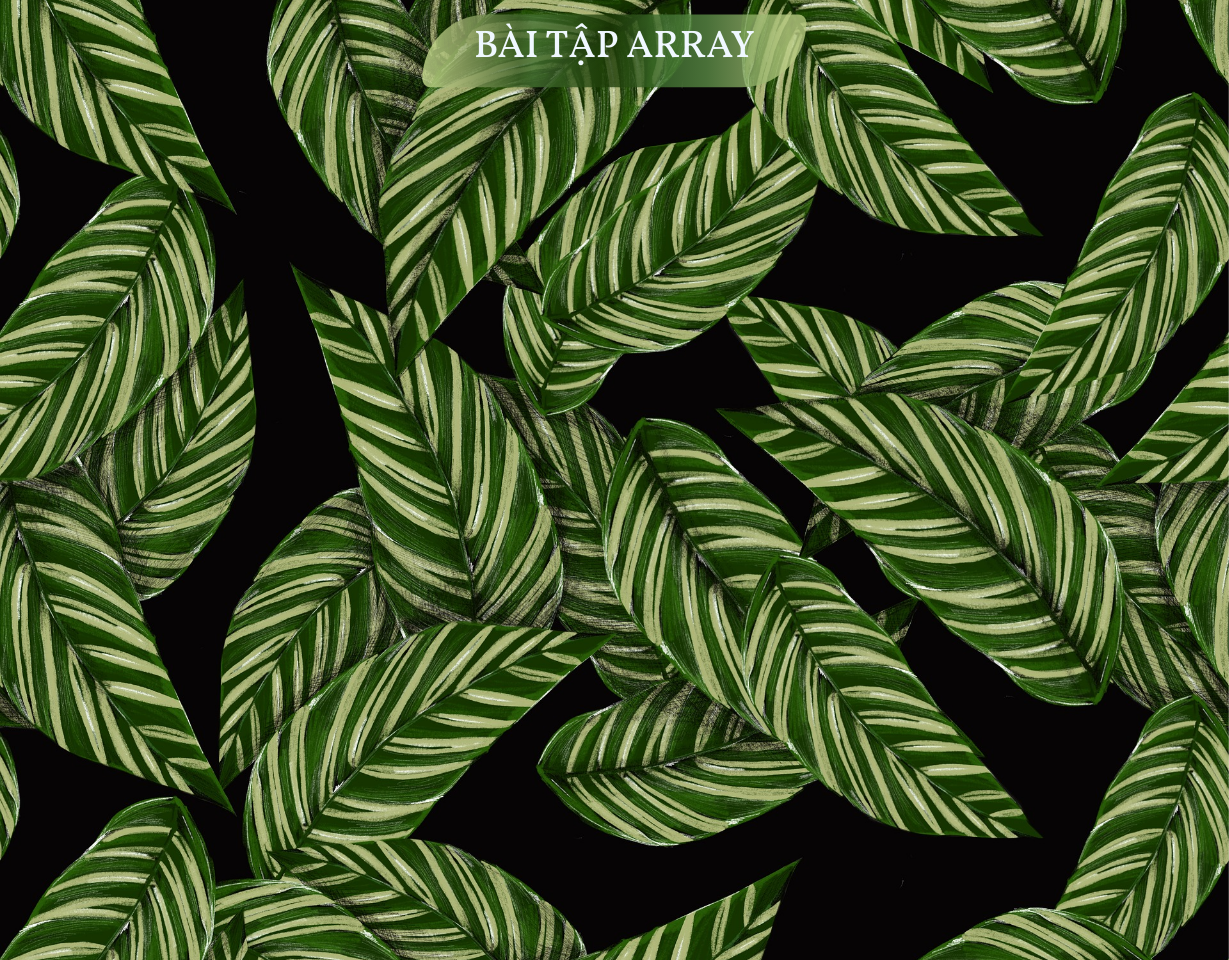
Repository: hcozyph/TranHuuPhuoc_BC43_BT_JS_Buoi7_8_ARRAY
Page: index.html
The author's editor kept a copy of each file at every save. The page is drawn from the files as they stood at one save, then again after the next save.
The browser window is 1280 px wide. The pictures show the whole page, at 96% of full size.

Above is the page before, as saved 2023-02-20 22:01:55.

### index.html
<!DOCTYPE html>
<html lang="en">
    <head>
        <title>BT Array</title>
        <!-- Required meta tags -->
        <meta charset="utf-8" />
        <meta
            name="viewport"
            content="width=device-width, initial-scale=1, shrink-to-fit=no"
        />
        <!-- font -->
        <link rel="preconnect" href="https://fonts.googleapis.com" />
        <link rel="preconnect" href="https://fonts.gstatic.com" crossorigin />
        <link
            href="https://fonts.googleapis.com/css2?family=Fraunces:ital,opsz,wght@0,9..144,600;0,9..144,700;1,9..144,300;1,9..144,400;1,9..144,500;1,9..144,600;1,9..144,700;1,9..144,800&family=Vollkorn:ital,wght@0,400;0,500;0,600;0,700;0,800;0,900;1,400;1,500;1,600;1,700;1,800;1,900&display=swap"
            rel="stylesheet"
        />
        <!-- Bootstrap CSS v5.2.1 -->
        <link
            href="https://cdn.jsdelivr.net/npm/bootstrap@5.2.1/dist/css/bootstrap.min.css"
            rel="stylesheet"
            integrity="sha384-iYQeCzEYFbKjA/T2uDLTpkwGzCiq6soy8tYaI1GyVh/UjpbCx/TYkiZhlZB6+fzT"
            crossorigin="anonymous"
        />

        <!-- index.css -->
        <link rel="stylesheet" href="./css/index.css" />
    </head>

    <body>
        <div class="container">
            <div class="bt-array-title">
                <h1 class="text-center">BÀI TẬP ARRAY</h1>
            </div>

            <div class="bt-array-content">
                <div class="bt1"></div>
            </div>
        </div>

        <!-- Bootstrap JavaScript Libraries -->
        <script
            src="https://cdn.jsdelivr.net/npm/@popperjs/core@2.11.6/dist/umd/popper.min.js"
            integrity="sha384-oBqDVmMz9ATKxIep9tiCxS/Z9fNfEXiDAYTujMAeBAsjFuCZSmKbSSUnQlmh/jp3"
            crossorigin="anonymous"
        ></script>

        <script
            src="https://cdn.jsdelivr.net/npm/bootstrap@5.2.1/dist/js/bootstrap.min.js"
            integrity="sha384-7VPbUDkoPSGFnVtYi0QogXtr74QeVeeIs99Qfg5YCF+TidwNdjvaKZX19NZ/e6oz"
            crossorigin="anonymous"
        ></script>

        <!-- method.js -->
        <link rel="stylesheet" href="./js/method.js" />

        <!-- index.js -->
        <script src="./js/index.js"></script>
    </body>
</html>

### css/index.css
* {
    margin: 0;
    padding: 0;
    box-sizing: border-box;
    font-family: "Fraunces", serif;
    font-family: "Vollkorn", serif;
}

.container {
    margin: 0 auto;
    max-width: 1440px;

    background-image: url(../img/2.jpg);
    background-size: cover;
    background-position: center;
    background-repeat: no-repeat;

    height: 1000px;
    padding-top: 15px;
}

.bt-array-title {
    display: block;
    width: 400px;
    margin: 0 auto;
    padding: 10px 8px 10px 8px;
    border-radius: 80px 10px 80px 10px;

    font-size: 40px;
    font-weight: 500;
    /* background-color: red; */
    color: aliceblue;
    background: rgb(156, 173, 110);
    background: linear-gradient(
        90deg,
        rgba(198, 219, 142, 0.8) 0%,
        rgba(156, 173, 110, 0.8) 10%,
        rgba(60, 94, 39, 0.8) 25%,
        rgba(68, 112, 49, 0.8) 29%,
        rgba(27, 57, 5, 0.8) 49%,
        rgba(66, 114, 50, 0.8) 63%,
        rgba(90, 139, 69, 0.8) 74%,
        rgba(184, 203, 130, 0.8) 95%
    );
}

/* .bt-array-content {
} */

Loaded but not shown: js/index.js (no copy from this time; the picture is the same without it); js/method.js (no stored copy; drawn as an empty file)

After the next save:
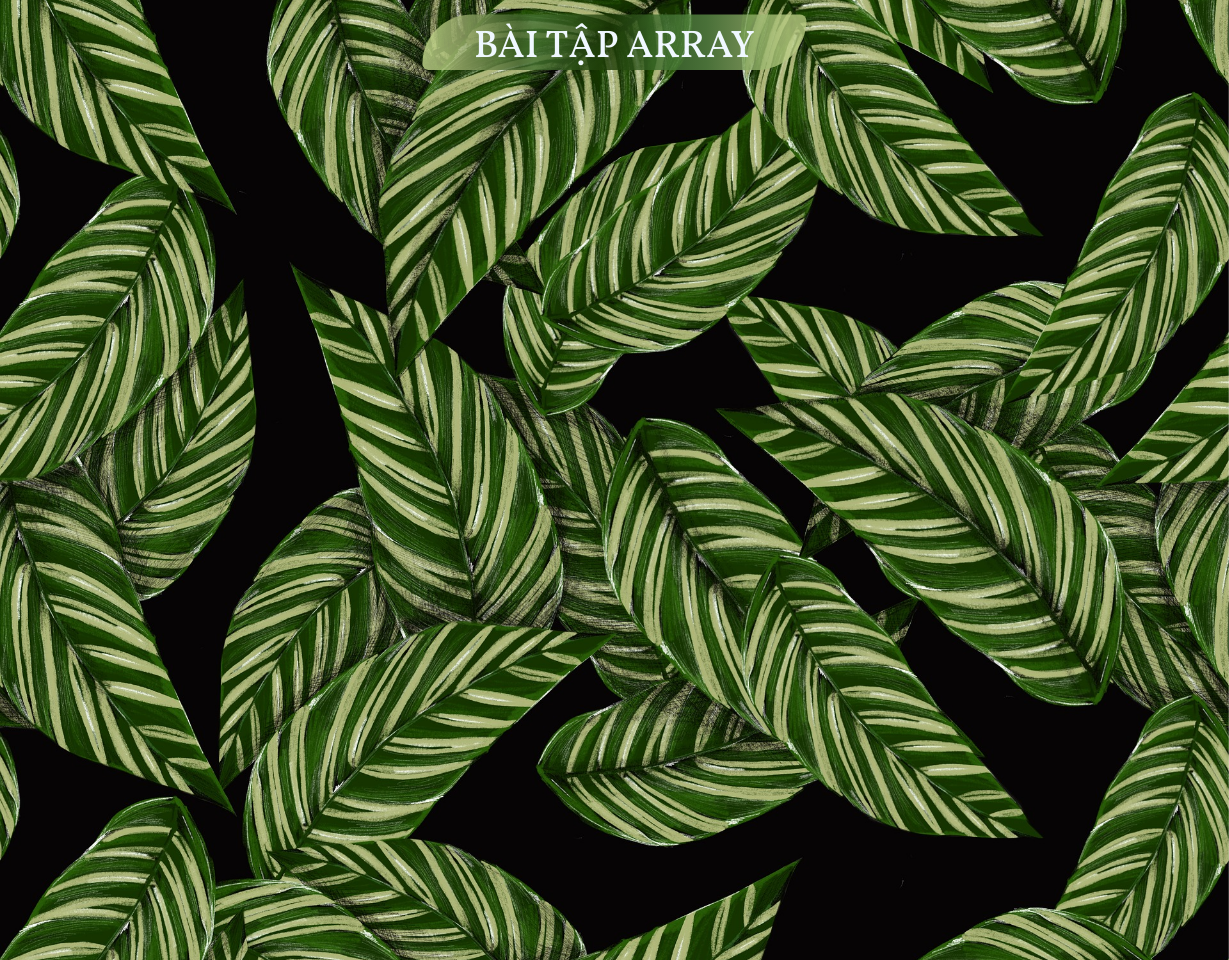
Saved 7 s later.
--- a/css/index.css
+++ b/css/index.css
@@ -23,7 +23,7 @@
     display: block;
     width: 400px;
     margin: 0 auto;
-    padding: 10px 8px 10px 8px;
+    padding: 10px 8px 0px 8px;
     border-radius: 80px 10px 80px 10px;
 
     font-size: 40px;
